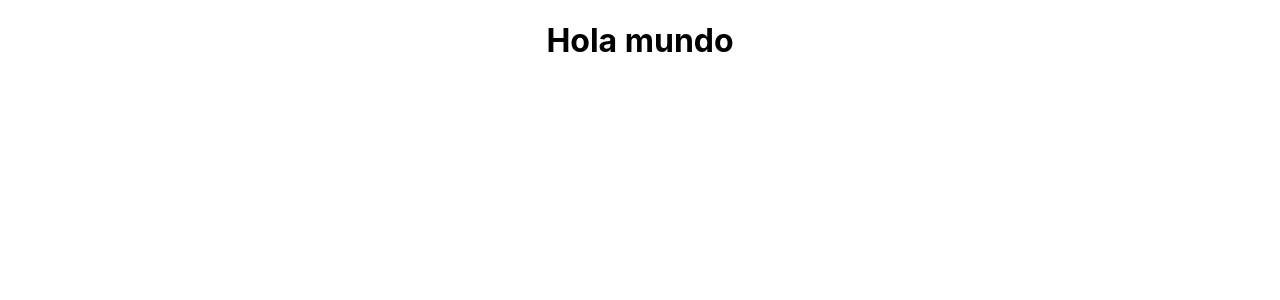
Repository: rlaureano/citas_react
Page: /
An editor plug-in stored every save of this project. The page is shown before and after the next save, followed by the edit.
The browser window is 1280 px wide. The pictures show the whole page.
The project was rebuilt for these pictures with package versions that can differ from the ones it lists, and the page was loaded fresh each time. Also part of the build but not shown: vite.config.js.

Above is the page before, as saved 2022-01-11 19:39:01.

### src/App.jsx
import { useState } from 'react'
import logo from './logo.svg'
import './App.css'

function App() {
  const [count, setCount] = useState(0)

  return (
    <div className="App">
      <h1>Hola mundo</h1>
    </div>
  )
}

export default App

Loaded but not shown: index.html (common file); src/main.jsx (common file); src/index.css (common file); src/App.css (common file)

After the next save:
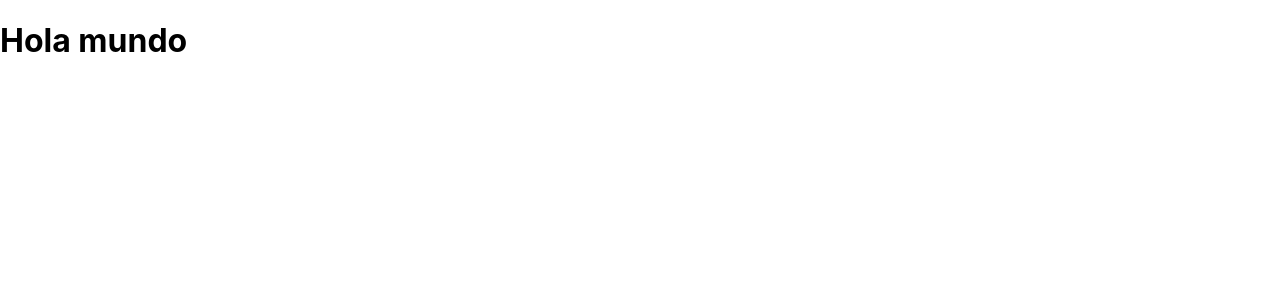
Saved 75 s later.
--- a/src/App.jsx
+++ b/src/App.jsx
@@ -1,10 +1,6 @@
 import { useState } from 'react'
-import logo from './logo.svg'
-import './App.css'
 
 function App() {
-  const [count, setCount] = useState(0)
-
   return (
     <div className="App">
       <h1>Hola mundo</h1>
